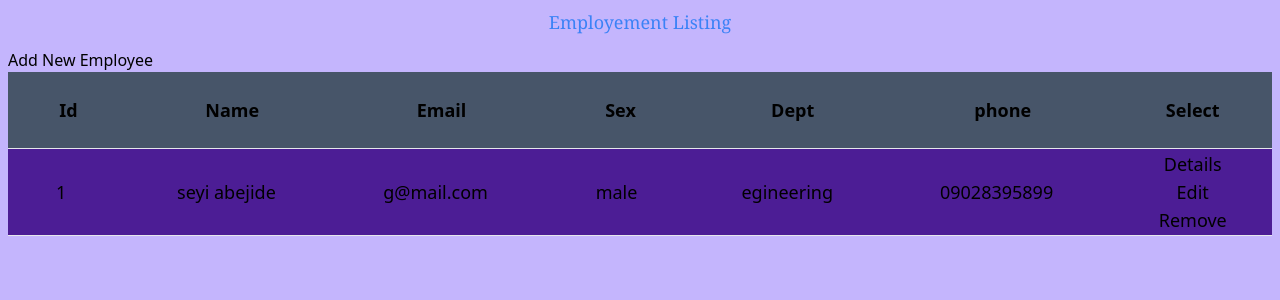
Repository: Semanmernstack/crud
Page: /
These files come from the project's save history. The page is drawn as it stood at one moment and after the next save; the edit follows.
The browser window is 1280 px wide. The pictures show the whole page.
The project was rebuilt for these pictures with package versions that can differ from the ones it lists, and the page was loaded fresh each time. Requests to the local data server were answered from the project's data file. Also part of the build but not shown: src/Details.js, src/Create.js, src/Edit.js.

Above is the page before, as saved 2022-12-24 01:10:49.

After the next save:
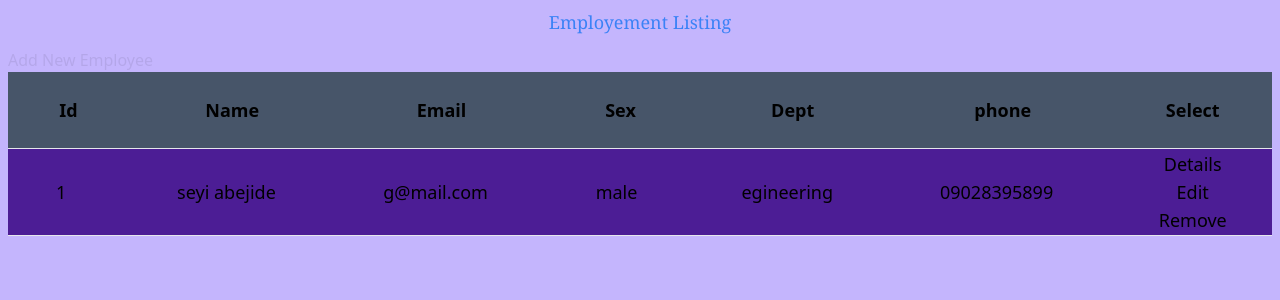
Saved 2 min 36 s later.
--- a/src/List.js
+++ b/src/List.js
@@ -19,7 +19,7 @@
     <div className="overflow-x-hidden lg:max-w-7xl mx-auto  p-2 items-center bg-violet-300 h-screen   ">
 
         <p className='text-centre justify-center flex mb-3 text-lg text-blue-500 font-serif'> Employement Listing</p>
-        <Link to="/employee/create">Add New Employee</Link>
+        <Link className='cursor-pointer bottom-1 animate-ping' to="/employee/create">Add New Employee</Link>
 
         <table className="  w-[100%] bg-violet-900 text-sm md:text-sm lg:text-lg   " >
 

After the save that followed:
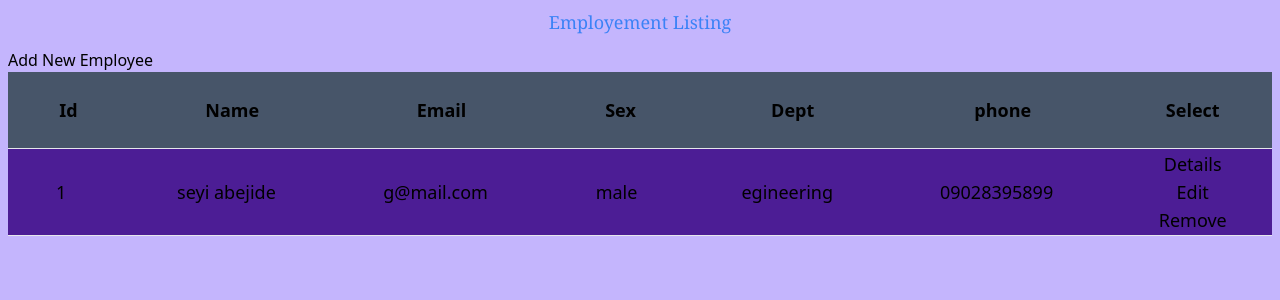
Saved 26 s later.
--- a/src/List.js
+++ b/src/List.js
@@ -19,7 +19,7 @@
     <div className="overflow-x-hidden lg:max-w-7xl mx-auto  p-2 items-center bg-violet-300 h-screen   ">
 
         <p className='text-centre justify-center flex mb-3 text-lg text-blue-500 font-serif'> Employement Listing</p>
-        <Link className='cursor-pointer bottom-1 animate-ping' to="/employee/create">Add New Employee</Link>
+        <Link className='cursor-pointer bottom-1 animate-pounce' to="/employee/create">Add New Employee</Link>
 
         <table className="  w-[100%] bg-violet-900 text-sm md:text-sm lg:text-lg   " >
 
